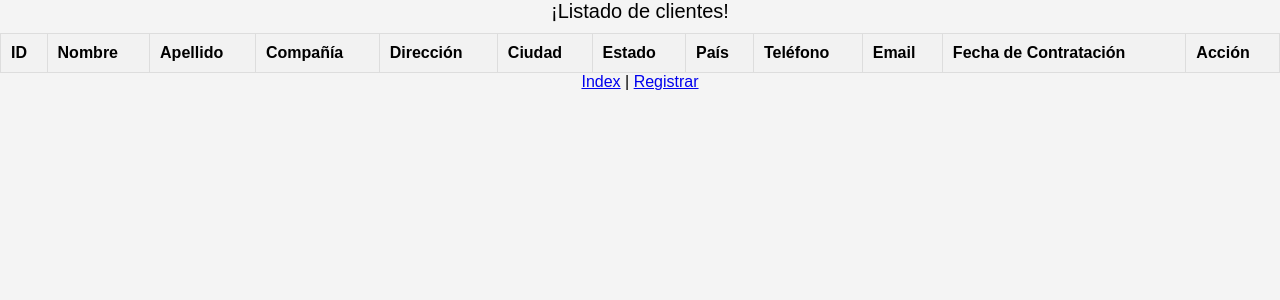
Repository: ANGELEDU141/EXAMEN-PROFE-RAUL
Page: http://localhost/demo/WEB-INF/views/Customer/listar.jsp
These files come from the project's save history. The page is drawn as it stood at one moment and after the next save; the edit follows.
The browser window is 1280 px wide. The pictures show the whole page.
The page is served by Tomcat 9. Nobody is signed in. Other server files are loaded and not shown. The template is opened directly, without the code that normally fills it, so the values that code supplies are empty.

Above is the page before, as saved 2024-09-26 02:39:39.

### demo/src/main/webapp/WEB-INF/views/Customer/listar.jsp
<%@ page language="java" contentType="text/html; charset=ISO-8859-1"
    pageEncoding="ISO-8859-1"%>

<!-- JSTL core -->
<%@taglib prefix="c" uri="http://java.sun.com/jsp/jstl/core"%>

<!DOCTYPE html>
<html>
<head>
<meta charset="ISO-8859-1">
<title>Listar Clientes</title>
<style>
    body {
        font-family: Arial, sans-serif;
        background-color: #f4f4f4;
        margin: 0;
        padding: 0;
    }
    .container {
        width: 80%;
        margin: 0 auto;
        padding: 20px;
        background-color: #fff;
        box-shadow: 0 0 10px rgba(0, 0, 0, 0.1);
    }
    table {
        width: 100%;
        border-collapse: collapse;
        margin-bottom: 20px;
    }
    table, th, td {
        border: 1px solid #ddd;
    }
    th, td {
        padding: 10px;
        text-align: left;
    }
    th {
        background-color: #f2f2f2;
    }
    caption {
        font-size: 24px;
        margin-bottom: 10px;
    }
    .actions {
        text-align: center;
    }
    .actions a {
        margin: 0 10px;
        text-decoration: none;
        color: #007BFF;
    }
    .actions a:hover {
        text-decoration: underline;
    }
</style>
</head>
<body>
    <div style="width: 100vw;">
        <table style="margin: 0px auto;">
            <caption style="font-size: 20px;">¡Listado de clientes!</caption>
            <tr>
                <th><b>ID</b></th>
                <th><b>Nombre</b></th>
                <th><b>Apellido</b></th>
                <th><b>Compañía</b></th>
                <th><b>Dirección</b></th>
                <th><b>Ciudad</b></th>
                <th><b>Estado</b></th>
                <th><b>País</b></th>
                <th><b>Teléfono</b></th>
                <th><b>Email</b></th>
                <th><b>Fecha de Contratación</b></th>
                <th><b>Acción</b></th>
            </tr>

            <c:forEach var="customer" items="${bCustomers}">
                <tr>
                    <td>${customer.customerId}</td>
                    <td>${customer.firstName}</td>
                    <td>${customer.lastName}</td>
                    <td>${customer.company}</td>
                    <td>${customer.address}</td>
                    <td>${customer.city}</td>
                    <td>${customer.state}</td>
                    <td>${customer.country}</td>
                    <td>${customer.phone}</td>
                    <td>${customer.email}</td>
                    <td>${customer.hireDate}</td>
                    <td>
                        <a href="/senati/customer/editar/${customer.customerId}">Editar</a>
                        <a href="/senati/customer/borrar/${customer.customerId}">Borrar</a>
                        <a href="/senati/customer/detalle/${customer.customerId}">Detalles</a>
                    </td>
                </tr>
            </c:forEach>
        </table>

        <div style="text-align: center;">
            <a href="/senati/index">Index</a> |
            <a href="/senati/customer/registrar">Registrar</a>
        </div>
    </div>
</body>
</html>

After the next save:
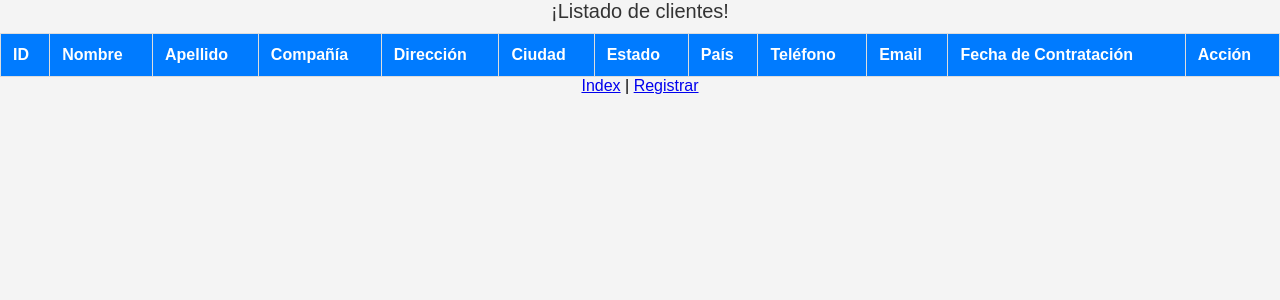
Saved 51 s later.
--- a/demo/src/main/webapp/WEB-INF/views/Customer/listar.jsp
+++ b/demo/src/main/webapp/WEB-INF/views/Customer/listar.jsp
@@ -10,49 +10,64 @@
 <meta charset="ISO-8859-1">
 <title>Listar Clientes</title>
 <style>
-    body {
-        font-family: Arial, sans-serif;
-        background-color: #f4f4f4;
-        margin: 0;
-        padding: 0;
-    }
-    .container {
-        width: 80%;
-        margin: 0 auto;
-        padding: 20px;
-        background-color: #fff;
-        box-shadow: 0 0 10px rgba(0, 0, 0, 0.1);
-    }
-    table {
-        width: 100%;
-        border-collapse: collapse;
-        margin-bottom: 20px;
-    }
-    table, th, td {
-        border: 1px solid #ddd;
-    }
-    th, td {
-        padding: 10px;
-        text-align: left;
-    }
-    th {
-        background-color: #f2f2f2;
-    }
-    caption {
-        font-size: 24px;
-        margin-bottom: 10px;
-    }
-    .actions {
-        text-align: center;
-    }
-    .actions a {
-        margin: 0 10px;
-        text-decoration: none;
-        color: #007BFF;
-    }
-    .actions a:hover {
-        text-decoration: underline;
-    }
+  body {
+    font-family: Arial, sans-serif;
+    background-color: #f4f4f4;
+    margin: 0;
+    padding: 0;
+}
+
+.container {
+    width: 80%;
+    margin: 20px auto;
+    padding: 20px;
+    background-color: #fff;
+    box-shadow: 0 0 10px rgba(0, 0, 0, 0.1);
+    border-radius: 8px;
+}
+
+table {
+    width: 100%;
+    border-collapse: collapse;
+    margin-bottom: 20px;
+}
+
+table, th, td {
+    border: 1px solid #ddd;
+}
+
+th, td {
+    padding: 12px;
+    text-align: left;
+}
+
+th {
+    background-color: #007BFF;
+    color: white;
+}
+
+caption {
+    font-size: 24px;
+    margin-bottom: 10px;
+    color: #333;
+}
+
+.actions {
+    text-align: center;
+    margin-top: 20px;
+}
+
+.actions a {
+    margin: 0 10px;
+    text-decoration: none;
+    color: #007BFF;
+    font-weight: bold;
+}
+
+.actions a:hover {
+    text-decoration: underline;
+}
+
 </style>
 </head>
 <body>
